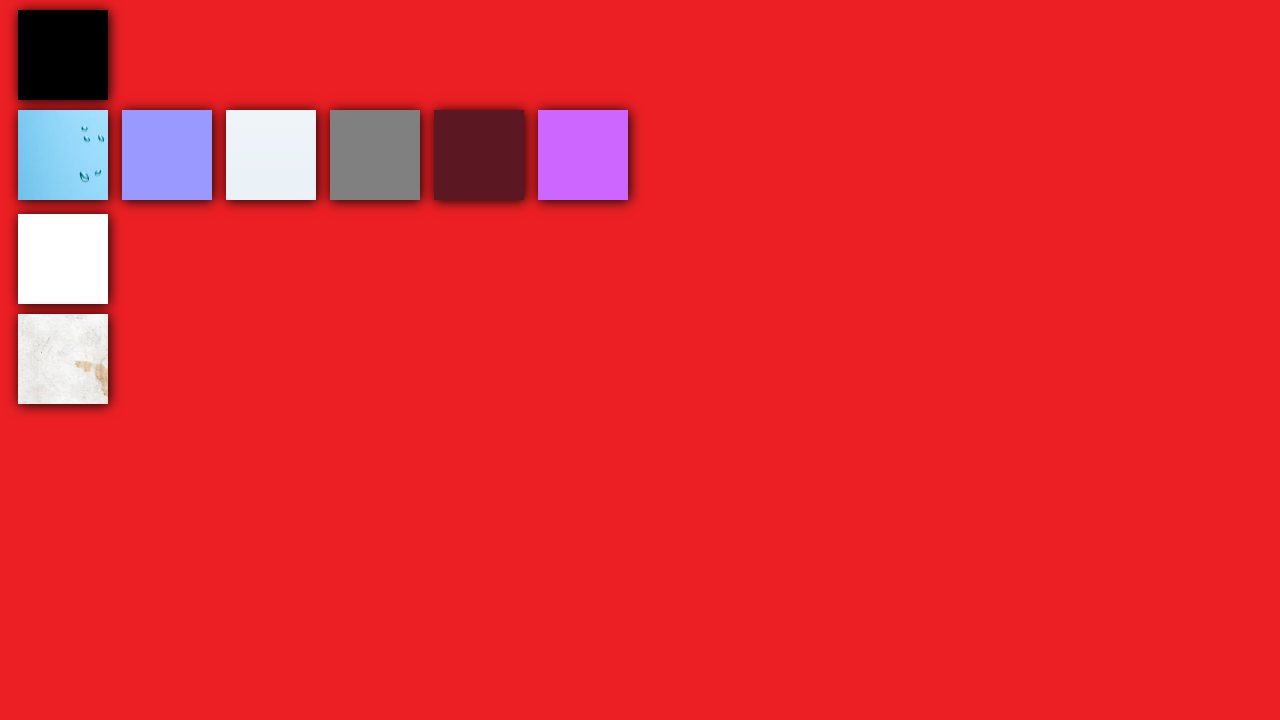
Repository: raghu225/raghu225.github.io
Page: archive/index.html
The author's editor kept a record of every edit. The page is drawn from the files as they stood at one moment, then again after the next edit.
The browser window is 1280 px wide. The pictures show the whole page.

Above is the page before.

### archive/index.html
<html>

    <head>
        <title>Composition Archive</title>
        <link href="assets/css/style.css" rel="stylesheet" type="text/css" />
    </head>

    <body>

    <div class="wrapper">

        <div class="black background"></div>
        <img class="background" src="assets/images/bluepic.png"/>
        <img class="background" src="assets/images/bluepurple.png"/>
        <img class="background" src="assets/images/bluewhite.png"/>
        <a href="lika.html"><img class="background" src="assets/images/grey.png"/></a>
        <img class="background" src="assets/images/maroon.png"/>
        <img class="background" src="assets/images/purple.png"/>
        <div class="white background"></div>
        <img class="background" src="assets/images/wtex.png"/>

    </body>

</html>

### archive/assets/css/style.css
.wrapper {
    /*width: 1000px;*/
    /*margin-top: 20px;*/
    margin-left: 100px;
    /*position: absolute;*/
    display: inline;
}

.background {
    margin-left: 10px;
    margin-top: 10px;
    width: 90px;
    height: 90px;
    /*border: solid white;*/
    /*display: inline block;*/
    box-shadow: 1px 1px 12px #000000;
    transition: all .6s ease-in-out;
}

.background:hover {
    transform: scale(1.1);
}

.black {
    background-color: #000;
    width: 90px;
    height: 90px;
    /*display: inline block;*/
    /*float: left;*/
}

.white {
    background-color: #fff;
    width: 90px;
    height: 90px;
    /*float: right;*/
    /*display: inline block;*/
}

body {
    background-color: #ec2024;
}

.grey:hover {
    background-color: black;
}

.text {
    font-family: 'courier new', courier;
    color: white;
    font-size: 12px;
    font-weight: lighter;
    width: 70px;
    margin-left: 5px;
}

.icon {
    margin-left: -95px;
    margin-top: 5px;
    width: 70px;
    height: 70px;
}

.prev {
    background-color: black;
    width: 70px;
    height: 70px;
    margin-right: 0px;
    margin-bottom: 0px;
}

.left {
    float: left;
}

.static {
    position: absolute;
    width: 400px;
    height: 400px;
    margin-top: -190px;
    margin-left: 160px;
}

After the next edit:
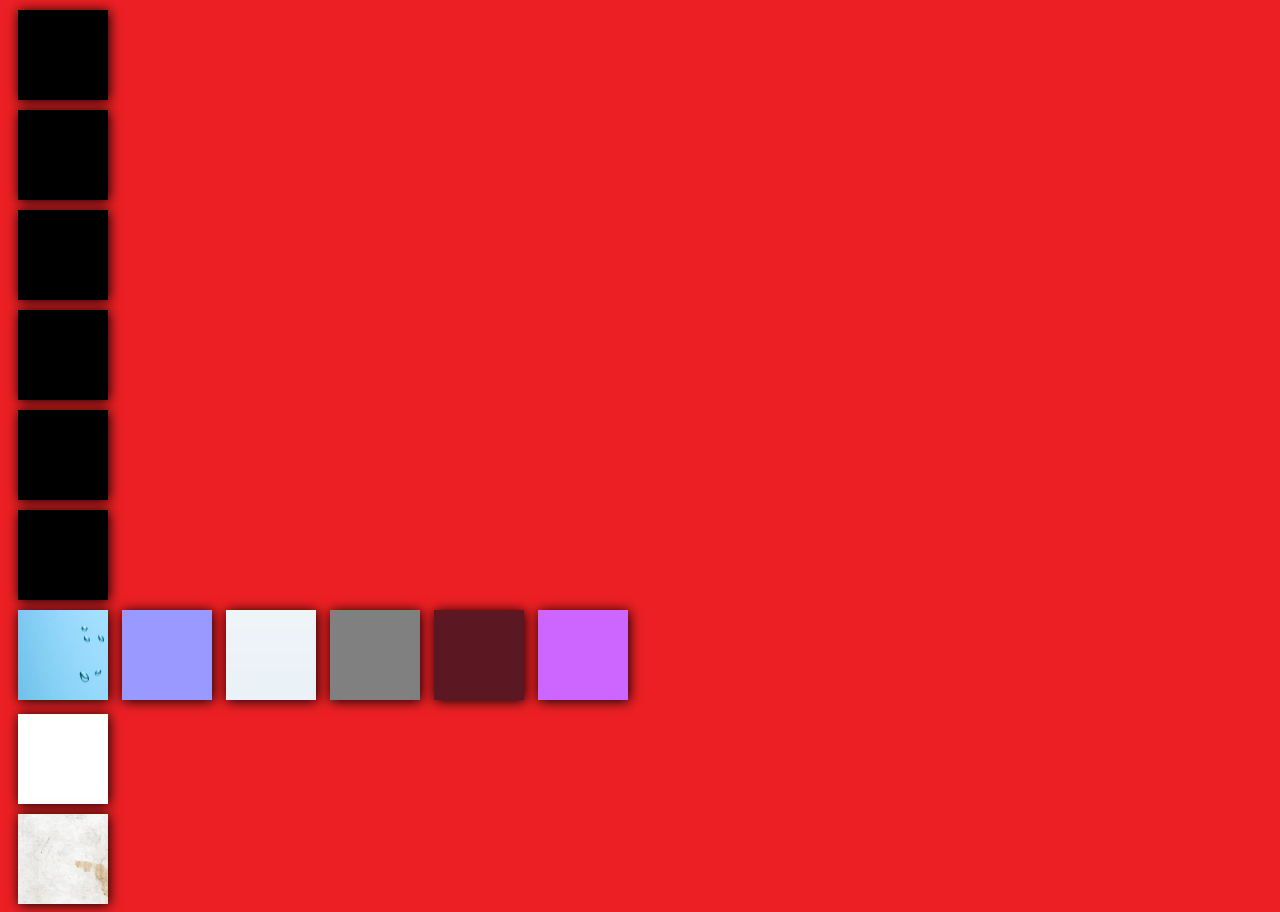
The edit:
--- a/archive/index.html
+++ b/archive/index.html
@@ -9,6 +9,11 @@
 
     <div class="wrapper">
 
+        <div class="black background"></div>
+        <div class="black background"></div>
+        <div class="black background"></div>
+        <div class="black background"></div>
+        <div class="black background"></div>
         <div class="black background"></div>
         <img class="background" src="assets/images/bluepic.png"/>
         <img class="background" src="assets/images/bluepurple.png"/>
